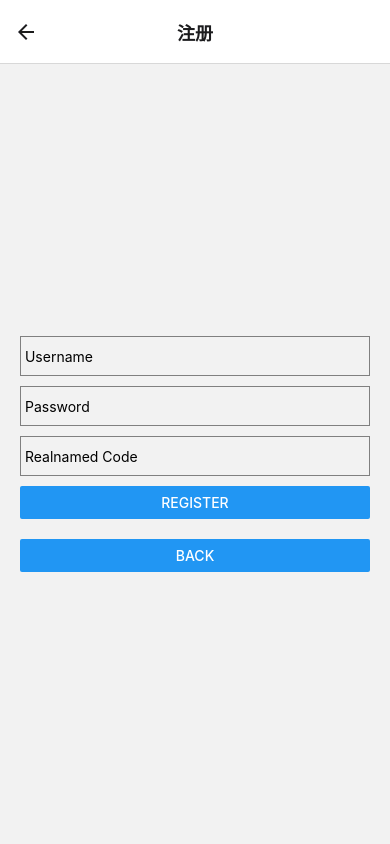
Repository: RidenShogunei/reactnative--make-an-app
Screen: /register (app in Myapp/)
These files come from the project's save history. The screen is drawn as it stood at one moment and after the next save; the edit follows.
The app was drawn by React Native's web renderer in a window 390 px wide. The project was rebuilt for these pictures with package versions that can differ from the ones it lists, and the page was loaded fresh each time. Also part of the build but not shown: Myapp/pages/main.jsx.

Above is the screen before, as saved 2024-04-20 19:49:38.

### Myapp/App.js
import { NavigationContainer } from '@react-navigation/native';
import { createStackNavigator } from '@react-navigation/stack';

const Stack = createStackNavigator();
import Login from './pages/login'
import Register from './pages/register'
import Main from './pages/main'
function App() {
  return (
    <NavigationContainer>
      <Stack.Navigator initialRouteName="login">
        <Stack.Screen
          name="login"
          component={Login}
          options={{
            title: '登录',
            headerTitleAlign: 'center', // 设置标题居中
            headerTitleStyle: {
              fontWeight: 'bold', // 设置标题字体为粗体
            },
          }}
        />
        <Stack.Screen
          name="register"
          component={Register}
          options={{
            title: '注册',
            headerTitleAlign: 'center', // 设置标题居中
            headerTitleStyle: {
              fontWeight: 'bold', // 设置标题字体为粗体
            },
          }}
        />
         <Stack.Screen
          name="main"
          component={Main}
          options={{
            title: '主页',
            headerTitleAlign: 'center', // 设置标题居中
            headerTitleStyle: {
              fontWeight: 'bold', // 设置标题字体为粗体
            },
          }}
        />
      </Stack.Navigator>
    </NavigationContainer>
  );
}

export default App;

### Myapp/pages/login.jsx
// Login.jsx
import React, { useState } from "react";
import { View, TextInput, Button, StyleSheet } from "react-native";
import { useNavigation } from "@react-navigation/native";
import api from "../api/login";
const Login = () => {
  const [username, setUsername] = useState("");
  const [password, setPassword] = useState("");
  const navigation = useNavigation();

  const handleLogin = async () => {
    try {
      const result = await api.login(username, password);

      console.log("登录的结果是：", result);
      if (result.data && result.data !== "fail") {
        alert("登录成功！");
        navigation.navigate("main")
        // 在这里存储用户信息
      } else {
        alert("登录失败，用户名或密码错误");
      }
    } catch (error) {
      console.log("登录失败：", error);
      alert("登录失败，请稍后再试");
    }
  };
  return (
    <View style={styles.container}>
      <TextInput
        style={styles.input}
        placeholder=" Username"
        value={username}
        onChangeText={setUsername}
      />
      <TextInput
        style={styles.input}
        placeholder=" Password"
        secureTextEntry
        value={password}
        onChangeText={setPassword}
      />

      <View style={styles.buttonContainer}>
        <Button title="Login" onPress={handleLogin} />
        <View style={styles.spacingView} />
        <Button
          title="Register"
          onPress={() => navigation.navigate("register")}
        />
      </View>
    </View>
  );
};

const styles = StyleSheet.create({
  container: { flex: 1, padding: 20, justifyContent: "center" },
  input: { height: 40, borderColor: "gray", borderWidth: 1, marginBottom: 10 },
  buttonContainer: {
    justifyContent: "center",
  },
  spacingView: {
    height: 20, // 调整这个值可以改变按钮之间的距离
  },
});
export default Login;

### Myapp/pages/register.jsx
// Register.jsx
import React, { useState } from "react";
import { View, TextInput, Button, StyleSheet } from "react-native";
import { useNavigation } from "@react-navigation/native";
import api from "../api/login";
const Register = () => {
  const [username, setUsername] = useState("");
  const [password, setPassword] = useState("");
  const [Realname, setRealname] = useState("");
  const navigation = useNavigation();

  const handleRegister =async () => {
    const result = await api.register()
  };

  return (
    <View style={styles.container}>
      <TextInput
        style={styles.input}
        placeholder=" Username"
        value={username}
        onChangeText={setUsername}
      />
      <TextInput
        style={styles.input}
        placeholder=" Password"
        secureTextEntry
        value={password}
        onChangeText={setPassword}
      />
      <TextInput
        style={styles.input}
        placeholder=" Realnamed Code"
        secureTextEntry
        value={Realname}
        onChangeText={setRealname}
      />
      <View style={styles.buttonContainer}>
        <Button title="Register" onPress={handleRegister} />
        <View style={styles.spacingView} />
        <Button title="Back" onPress={() => navigation.navigate("login")} />
      </View>
    </View>
  );
};

const styles = StyleSheet.create({
  container: { flex: 1, padding: 20, justifyContent: "center" },
  input: { height: 40, borderColor: "gray", borderWidth: 1, marginBottom: 10 },
  buttonContainer: {
    justifyContent: "center",
  },
  spacingView: {
    height: 20, // 调整这个值可以改变按钮之间的距离
  },
});

export default Register;

### Myapp/api/login.js
import axios from 'axios';

const login = async (username, password) => {
    const data = {
        username: username,
        password: password
    };

    try {
        const response = await axios.post(`${process.env.REACT_APP_API_URL}/login`, data);
        return response.data;
    } catch (error) {
        console.error('Error during API Call', error);
        return { error: error.message };
    }
};

const register=async (username, password,realname) => {
    const data = {
        username: username,
        password: password,
        realname:realname,
    };
    try {
        const response = await axios.post(`${process.env.REACT_APP_API_URL}/register`, data);
        return response.data;
    } catch (error) {
        console.error('Error during API Call', error);
        return { error: error.message };
    }
};

const  confirm=async (uid) => {
    const data = {
        uid:uid
    };
    try {
        const response = await axios.post(`${process.env.REACT_APP_API_URL}/getconfirm`, data);
        return response.data;
    } catch (error) {
        console.error('Error during API Call', error);
        return { error: error.message };
    }
};
const api = {
    login,
    register,
    confirm
};

export default api;

After the next save:
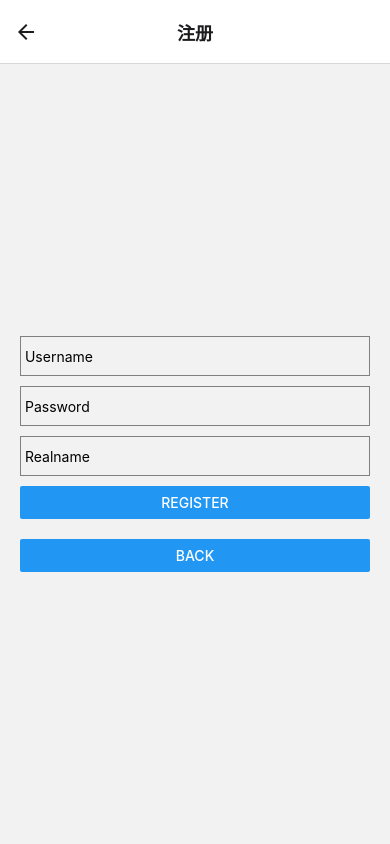
Saved 5 s later.
--- a/Myapp/pages/register.jsx
+++ b/Myapp/pages/register.jsx
@@ -30,7 +30,7 @@ const Register = () => {
       />
       <TextInput
         style={styles.input}
-        placeholder=" Realnamed Code"
+        placeholder=" Realname"
         secureTextEntry
         value={Realname}
         onChangeText={setRealname}
